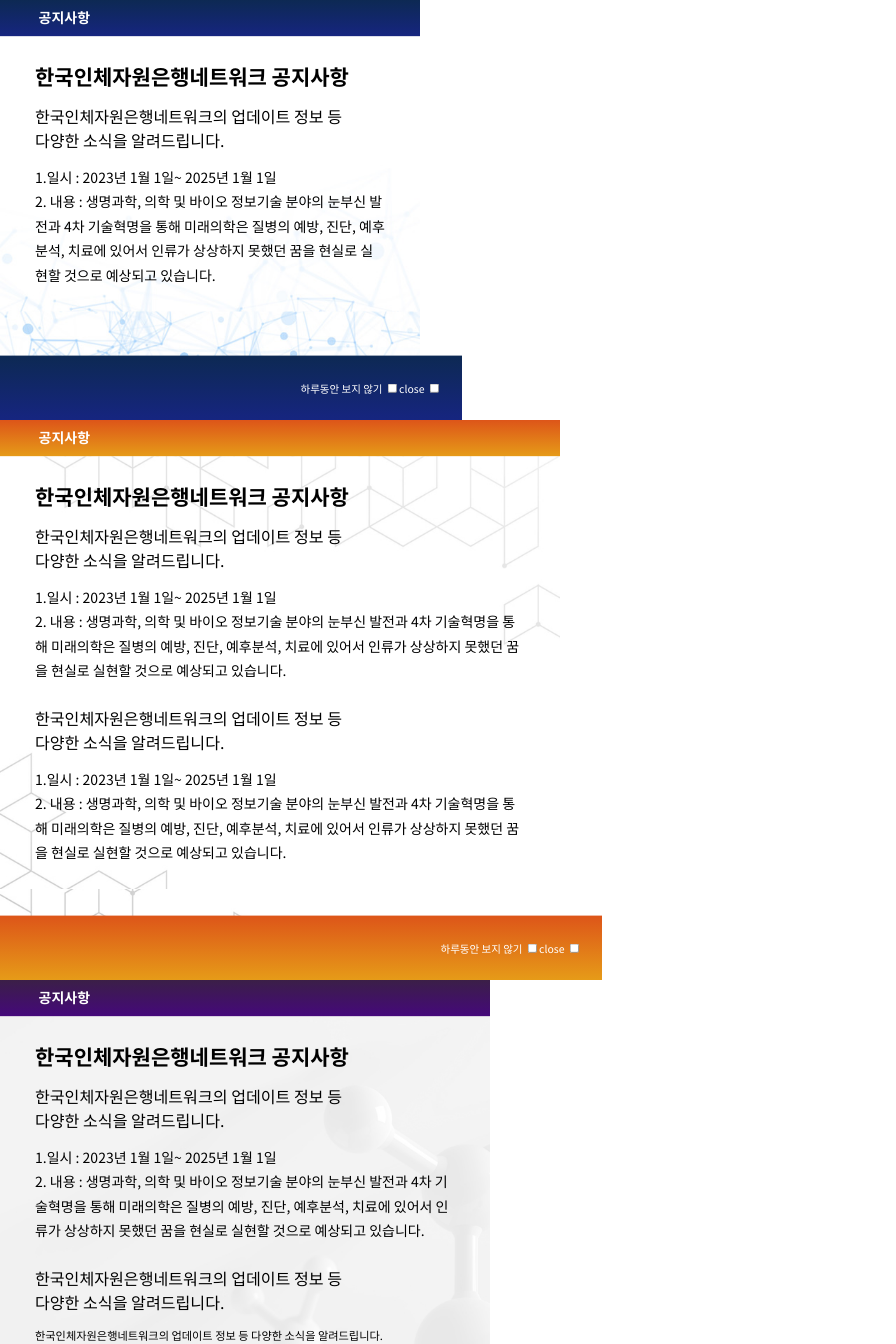
Repository: dlgywls1130/common_popup
Page: index.html
An editor plug-in stored every save of this project. The page is shown before and after the next save, followed by the edit.
The browser window is 1280 px wide. The pictures show the part of the page from y = 0 to 1920 px (the page is 2600 px tall), at 70% of full size.

Above is the page before, as saved 2023-10-26 00:04:14.

### index.html
<!DOCTYPE html>
<html lang="en">
<head>
    <meta charset="UTF-8">
    <meta name="viewport" content="width=device-width, initial-scale=1.0">
    <title>Document</title>

    <link rel="stylesheet" href="./style.css">
</head>
<body>

    <!-- 첫번째 팝업 -->
    <div class="common_modal blue">
        <div class="common_head ">
            공지사항
        </div>
        <div class="common_body">
            <h2 class="common_body_head">
                한국인체자원은행네트워크 공지사항
            </h2>
            <div class="common_body_span">
                한국인체자원은행네트워크의 업데이트 정보 등
                <br>다양한 소식을 알려드립니다.
            </div>
            <div class="common_body_descript">
                <p>1.일시 : 2023년 1월 1일~ 2025년 1월 1일</p>
                <p>2. 내용 : 생명과학, 의학 및 바이오 정보기술 분야의 눈부신
                발전과 4차 기술혁명을 통해 미래의학은 질병의 예방, 진단,
                예후분석, 치료에 있어서 인류가 상상하지 못했던 꿈을 현실로
                실현할 것으로 예상되고 있습니다.</p>
            </div>
        </div>
        <div class="common_footer">
            <div class="day_off">
                <label for="all-none">하루동안 보지 않기</label>
                <input id="all-none" type="checkbox">
            </div>
            <div class="day_close">
                <label for="closechk">close</label>
                <input id="closechk" type="checkbox">
            </div>
        </div>
    </div>

    <!-- 두번째 팝업 -->
    <div class="common_modal orange">
        <div class="common_head">
            공지사항
        </div>
        <div class="common_body">
            <h2 class="common_body_head">
                한국인체자원은행네트워크 공지사항
            </h2>
            <div class="common_body_span">
                한국인체자원은행네트워크의 업데이트 정보 등
                <br>다양한 소식을 알려드립니다.
            </div>
            <div class="common_body_descript mb-34">
                <p>1.일시 : 2023년 1월 1일~ 2025년 1월 1일</p>
                <p>2. 내용 : 생명과학, 의학 및 바이오 정보기술 분야의 눈부신
                발전과 4차 기술혁명을 통해 미래의학은 질병의 예방, 진단,
                예후분석, 치료에 있어서 인류가 상상하지 못했던 꿈을 현실로
                실현할 것으로 예상되고 있습니다.</p>
            </div>
            <div class="common_body_span">
                한국인체자원은행네트워크의 업데이트 정보 등
                <br>다양한 소식을 알려드립니다.
            </div>
            <div class="common_body_descript">
                <p>1.일시 : 2023년 1월 1일~ 2025년 1월 1일</p>
                <p>2. 내용 : 생명과학, 의학 및 바이오 정보기술 분야의 눈부신
                발전과 4차 기술혁명을 통해 미래의학은 질병의 예방, 진단,
                예후분석, 치료에 있어서 인류가 상상하지 못했던 꿈을 현실로
                실현할 것으로 예상되고 있습니다.</p>
            </div>
        </div>
        <div class="common_footer">
            <div class="day_off">
                <label for="all-none">하루동안 보지 않기</label>
                <input id="all-none" type="checkbox">
            </div>
            <div class="day_close">
                <label for="closechk">close</label>
                <input id="closechk" type="checkbox">
            </div>
        </div>
    </div>

    <!-- 세번째팝업 -->
    <div class="common_modal purple">
        <div class="common_head">
            공지사항
        </div>
        <div class="common_body">
            <h2 class="common_body_head">
                한국인체자원은행네트워크 공지사항
            </h2>
            <div class="common_body_span">
                한국인체자원은행네트워크의 업데이트 정보 등
                <br>다양한 소식을 알려드립니다.
            </div>
            <div class="common_body_descript mb-34">
                <p>1.일시 : 2023년 1월 1일~ 2025년 1월 1일</p>
                <p>2. 내용 : 생명과학, 의학 및 바이오 정보기술 분야의 눈부신
                발전과 4차 기술혁명을 통해 미래의학은 질병의 예방, 진단,
                예후분석, 치료에 있어서 인류가 상상하지 못했던 꿈을 현실로
                실현할 것으로 예상되고 있습니다.</p>
            </div>
            <div class="common_body_span">
                한국인체자원은행네트워크의 업데이트 정보 등
                <br>다양한 소식을 알려드립니다.
            </div>
            <p>한국인체자원은행네트워크의 업데이트 정보 등 다양한 소식을
                알려드립니다.</p>
        </div>
        <div class="common_footer">
            <div class="day_off">
                <label for="all-none">하루동안 보지 않기</label>
                <input id="all-none" type="checkbox">
            </div>
            <div class="day_close">
                <label for="closechk">close</label>
                <input id="closechk" type="checkbox">
            </div>
        </div>
    </div>

    <!-- 네번째 팝업 -->
    <div class="common_modal sky">
        <div class="common_head">
            공지사항
        </div>
        <div class="common_body">
            <h2 class="common_body_head">
                공지사항
            </h2>
            <div class="common_body_span mb-34">
                한국인체자원은행네트워크의 업데이트 정보 등
                다양한 소식을 알려드립니다.
            </div>
            <div class="common_body_descript">
                <p>1.일시 : 2023년 1월 1일~ 2025년 1월 1일</p>
                <p>내용 : 생명과학, 의학 및 바이오 정보기술 분야의
                    눈부신 발전과 4차 기술혁명을 통해 미래의학은</p>
            </div>
        </div>
        <div class="common_footer">
            <div class="day_off">
                <label for="all-none">하루동안 보지 않기</label>
                <input id="all-none" type="checkbox">
            </div>
            <div class="day_close">
                <label for="closechk">close</label>
                <input id="closechk" type="checkbox">
            </div>
        </div>
    </div>
</body>

<script src="main.js"></script>
</html>

### style.css


@import url('https://fonts.googleapis.com/css2?family=Noto+Sans+KR:wght@300;400;500;700&display=swap');

html, body, div, span, applet, object, iframe,
h1, h2, h3, h4, h5, h6, p, blockquote, pre,
a, abbr, acronym, address, big, cite, code,
del, dfn, em, img, ins, kbd, q, s, samp,
small, strike, strong, sub, sup, tt, var,
b, u, i, center,
dl, dt, dd, ol, ul, li,
fieldset, form, label, legend,
table, caption, tbody, tfoot, thead, tr, th, td,
article, aside, canvas, details, embed,
figure, figcaption, footer, header, hgroup,
menu, nav, output, ruby, section, summary,
time, mark, audio, video {
	margin: 0;
	padding: 0;
	border: 0;
	font-size: 100%;
	font: inherit;
	vertical-align: baseline;
}

.mb-34{margin-bottom: 34px;}

/* common modal */

.common_modal{
    font-family: 'Noto Sans KR', sans-serif;
    position: relative;
}

.common_modal .common_head{
    height: 52px;
    color: #fff;
    width: 100%;
    text-align: left;
    font-size: 20px;
    font-weight: 700;
    padding: 10px 55px;
    box-sizing: border-box;
}

.common_modal.blue {
    width: 600px;
    height: 600px;
    background: url('../img/bg1.jpg')no-repeat;
    background-size: cover;

}

.common_modal.orange {
    width: 800px;
    height: 800px;
    background: url('../img/bg2.jpg')no-repeat;
    background-size: cover;
}

.common_modal.purple {
    width: 700px;
    height: 700px;
    background: url('../img/bg3.jpg')no-repeat;
    background-size: cover;
}

.common_modal.sky {
    width: 500px;
    height: 500px;
    background: url('../img/bg4.jpg')no-repeat;
    background-size: cover;
}

.common_modal.blue .common_body{
    background: url('../img/bg1.jpg')no-repeat;
    background-size: cover;
    width: 100%;
    padding: 35px 50px;
    box-sizing: border-box;
}

.common_modal.orange .common_body{
    background: url('../img/bg2.jpg')no-repeat;
    background-size: cover;
    width: 100%;
    padding: 35px 50px;
    box-sizing: border-box;
}

.common_modal.purple .common_body{
    background: url('../img/bg3.jpg')no-repeat;
    background-size: cover;
    width: 100%;
    padding: 35px 50px;
    box-sizing: border-box;
}

.common_modal.sky .common_body{
    background: url('../img/bg4.jpg')no-repeat;
    background-size: cover;
    width: 100%;
    padding: 30px 40px;
    box-sizing: border-box;
}

.common_footer{
    position: absolute;
    bottom: 0;
    left: 0;
    width: 100%;
    height: 52px;
    display: flex;
    align-items: center;
    justify-content: flex-end;
    padding: 20px 30px;
}

.common_footer .day_off label,
.common_footer .day_close label{
    color: #fff;
    font-size: 15px;
    font-weight: 300;
}

.common_modal.blue .common_head,
.common_modal.blue .common_footer
{
    background: linear-gradient(180deg, rgba(13,41,83,1) 0%, rgba(22,37,128,1) 100%);
}

.common_modal.orange .common_head,
.common_modal.orange .common_footer
{
    background: linear-gradient(180deg, rgba(221,85,25,1) 0%, rgba(230,155,24,1) 100%);
}

.common_modal.purple .common_head,
.common_modal.purple .common_footer
{
    background: linear-gradient(180deg, rgba(59,31,71,1) 0%, rgba(69,8,123,1) 100%);
}

.common_modal.sky .common_head,
.common_modal.sky .common_footer
{
    background: linear-gradient(180deg, rgba(13,41,83,1) 0%, rgba(15,91,149,1) 100%);
}


.common_body_head{
    font-size: 30px;
    font-weight: 700;
    margin-bottom: 18px;
}

.common_body_span{
    font-size: 23px;
    font-weight: 500;
    margin-bottom: 18px;
    line-height: 34px;
}

.common_body_descript p{
    font-size: 20px;
    line-height: 35px;
    font-weight: 300;
}

Loaded but not shown: main.js (no copy from this time; the picture is the same without it)

After the next save:
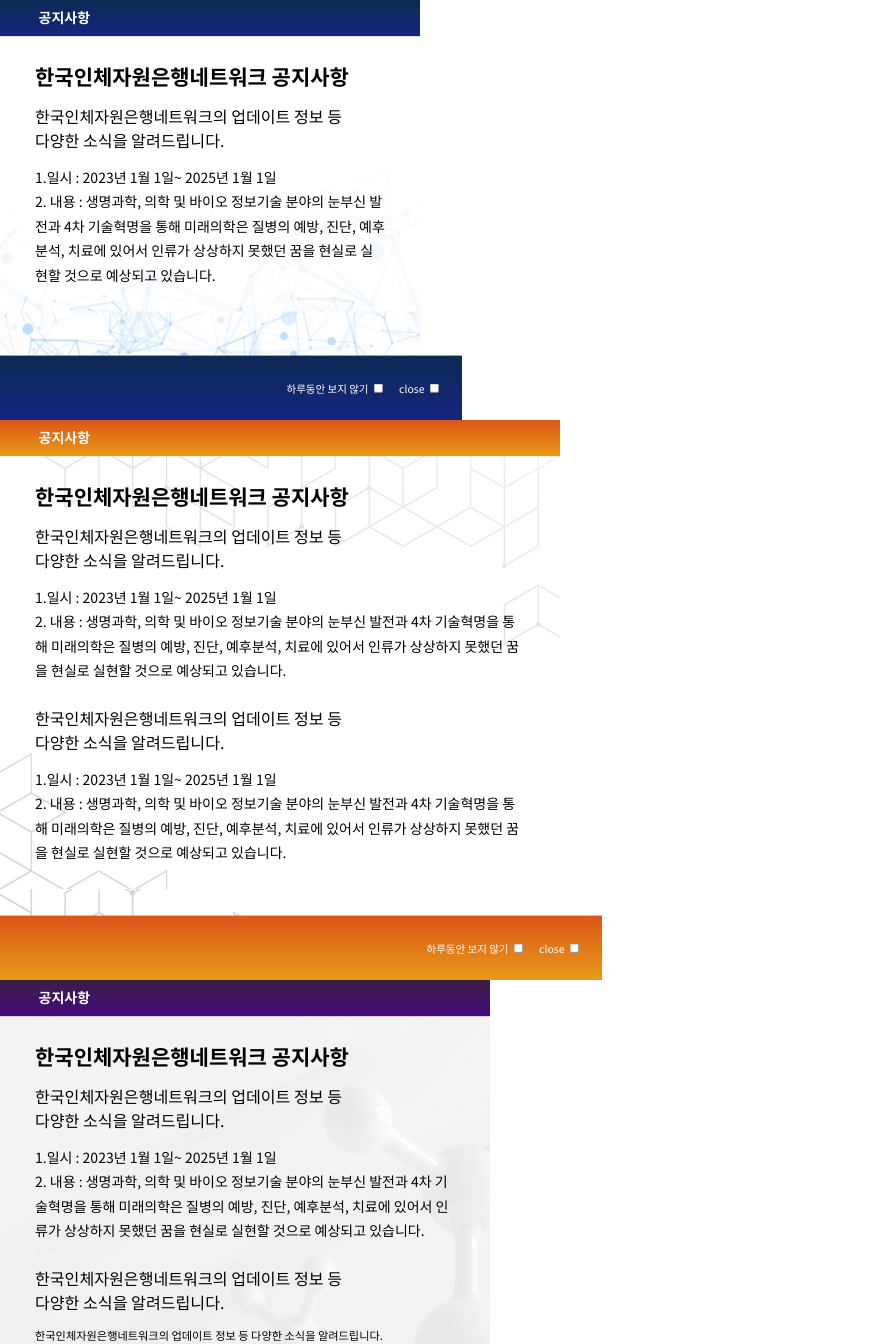
Saved 18 s later.
--- a/style.css
+++ b/style.css
@@ -123,6 +123,10 @@ time, mark, audio, video {
     font-weight: 300;
 }
 
+.common_footer .day_off{
+    margin-right: 20px;
+}
+
 .common_modal.blue .common_head,
 .common_modal.blue .common_footer
 {
